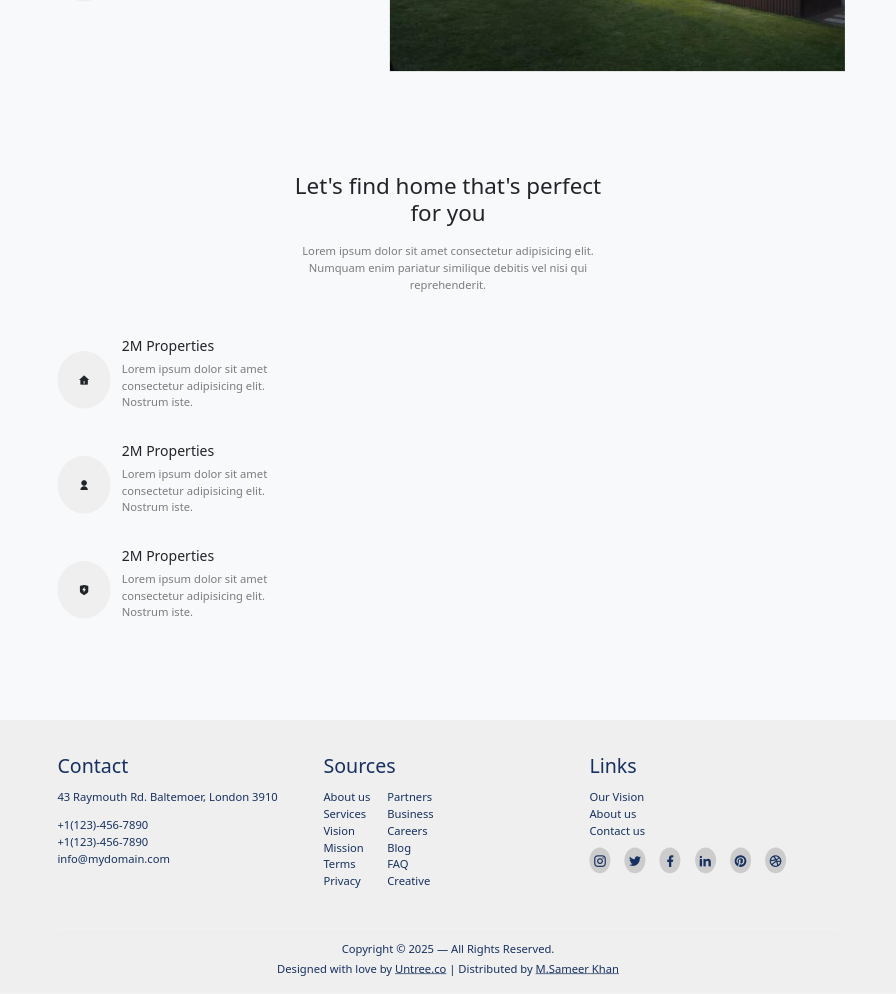
Repository: sameerrrrkhan911-git/Property
Page: about.html
An editor plug-in stored every save of this project. The page is shown before and after a run of saves, followed by the edit.
The browser window is 1280 px wide. The pictures show the part of the page from y = 1601 to 3521 px (the page is 3021 px tall before and 3521 px after), at 70% of full size.
Some web libraries are served in a nearby version.

Above is the page before, as saved 2025-09-28 18:35:43.
Console error: TypeError: Cannot read properties of undefined (reading 'length')

### about.html
<!DOCTYPE html>
<html lang="en">
<head>
    <meta charset="utf-8">
    <meta name="viewport" content="width=device-width, initial-scale=1">
    <title>Property</title>

    <!--====== LINKS ========-->
    <link href="https://cdn.jsdelivr.net/npm/bootstrap@5.3.8/dist/css/bootstrap.min.css" rel="stylesheet">
    <link
        href="https://fonts.googleapis.com/css2?family=Montserrat:wght@400;600&family=Open+Sans:wght@400;600&display=swap"
        rel="stylesheet">
    <link href="https://unpkg.com/aos@2.3.1/dist/aos.css" rel="stylesheet">
    <link href="https://cdn.jsdelivr.net/npm/remixicon@4.5.0/fonts/remixicon.css" rel="stylesheet">
    <link href="https://cdnjs.cloudflare.com/ajax/libs/tiny-slider/2.9.4/tiny-slider.css" rel="stylesheet">
    <link rel="stylesheet" href="assets/css/style2.css">
    <link rel="stylesheet" href="assets/css/style.css">

</head>
<body>

<!--=====HEADER=====-->
    <header>
        <section id="Right-Step">
            <div class="bg-holder overlay overlay-elixir">
            </div>

            <!-- Navbar -->
            <nav
                class="navbar navbar-expand-lg green-color p-3 mt-4 sticky-top position-absolute top-0 start-50 translate-middle-x w-75 rounded-3 shadow">
                <div class="container-fluid">
                    <!-- Brand -->
                    <a class="navbar-brand text-white fw-bold" href="#">Property</a>

                    <!-- Toggler for Mobile -->
                    <button class="navbar-toggler bg-light" type="button">
                        <span class="navbar-toggler-icon"></span>
                    </button>

                    <!-- Navbar Links -->
                    <div class="collapse navbar-collapse" id="navbarNavDropdown">
                        <ul class="navbar-nav ms-auto">
                            <li class="nav-item">
                                <a class="nav-link text-white active" aria-current="page" href="index.html">Home</a>
                            </li>
                            <li class="nav-item dropdown">
                                <a class="nav-link dropdown-toggle text-white" href="#" role="button"
                                    data-bs-toggle="dropdown" aria-expanded="false">
                                    Properties
                                </a>
                                <ul class="dropdown-menu">
                                    <li><a class="dropdown-item" href="#">Action</a></li>
                                    <li><a class="dropdown-item" href="#">Another action</a></li>
                                    <li><a class="dropdown-item" href="#">Something else here</a></li>
                                </ul>
                            </li>
                            <li class="nav-item"><a class="nav-link text-white" href="service.html">Service</a></li>
                            <li class="nav-item"><a class="nav-link text-white" href="about.html">About</a></li>
                            <li class="nav-item"><a class="nav-link text-white" href="contact.html">Contact Us</a></li>
                        </ul>
                    </div>
                </div>
            </nav>

            <!--/.bg-holder-->
            <div class="forbg py-5">
                <div class="container">

                    <div class="row justify-content-center align-items-center">
                        <div class="col-lg-9 text-center mt-5">
                            <h1 class="heading aos-init aos-animate white mt-3 fw-bold" data-aos="fade-up">About</h1>

                            <nav aria-label="breadcrumb" data-aos="fade-up" data-aos-delay="200"
                                class="aos-init aos-animate">
                                <ol class="breadcrumb text-center justify-content-center">
                                    <li class="breadcrumb-item"><a href="index.html" style="color: white;">Home</a></li>
                                    <li class="ms-2 me-2 text-white-50" aria-current="page">
                                        /
                                    </li>
                                    <li class="breadcrumb-item active text-white-50" aria-current="page">
                                        About
                                    </li>
                                </ol>
                            </nav>
                        </div>
                    </div>
                </div>
            </div><!-- end of .container-->
        </section>
    </header>

    <!--====MAIN====-->

    <main>

<div class="section">
      <div class="container">
        <div class="row text-left mb-5 py-5">
          <div class="col-12">
            <h2 class="font-weight-bold heading  mb-4">About Us</h2>
          </div>
          <div class="col-lg-6">
            <p class="text-black-50">
              Lorem ipsum dolor sit amet consectetur adipisicing elit. Numquam
              enim pariatur similique debitis vel nisi qui reprehenderit totam?
              Quod maiores.
            </p>
            <p class="text-black-50">
              Lorem ipsum dolor sit amet consectetur adipisicing elit. Magni
              saepe, explicabo nihil. Est, autem error cumque ipsum repellendus
              veniam sed blanditiis unde ullam maxime veritatis perferendis
              cupiditate, at non esse!
            </p>
            <p class="text-black-50">
              Enim, nisi labore exercitationem facere cupiditate nobis quod
              autem veritatis quis minima expedita. Cumque odio illo iusto
              reiciendis, labore impedit omnis, nihil aut atque, facilis
              necessitatibus asperiores porro qui nam.
            </p>
          </div>
          <div class="col-lg-6">
            <p class="text-black-50">
              Lorem ipsum dolor sit amet consectetur adipisicing elit. Magni
              saepe, explicabo nihil. Est, autem error cumque ipsum repellendus
              veniam sed blanditiis unde ullam maxime veritatis perferendis
              cupiditate, at non esse!
            </p>
            <p class="text-black-50">
              Enim, nisi labore exercitationem facere cupiditate nobis quod
              autem veritatis quis minima expedita. Cumque odio illo iusto
              reiciendis, labore impedit omnis, nihil aut atque, facilis
              necessitatibus asperiores porro qui nam.
            </p>
          </div>
        </div>
      </div>
    </div>

 <!--Lets find home that is perfect for you  -->

      <div class="section section-4 bg-light py-5">
        <div class="container">
          <div class="row justify-content-center text-center mb-5">
            <div class="col-lg-5">
              <h2 class="font-weight-bold mb-4">
                Let's find home that's perfect for you
              </h2>
              <p class="text-black-50">
                Lorem ipsum dolor sit amet consectetur adipisicing elit. Numquam
                enim pariatur similique debitis vel nisi qui reprehenderit.
              </p>
            </div>
          </div>
          <div class="row justify-content-between mb-5 ">

            <div class="col-lg-7 mb-5 mb-lg-0 order-lg-2">
              <div class="img-about dots">
                <img src="./assets/images/img_2.jpg" alt="Image"  width="650px" height="500px">
              </div>
            </div>
            <div class="col-lg-4">
              <div class="d-flex align-items-center marginn">
                <span class="wrap-icon me-3">
                  <span class="icon-home2" style="border-radius: 50%; padding: 30px; background-color: #efefef;"><i
                      class="ri-home-4-fill"></i></span>
                </span>
                <div class="feature-text">
                  <h3 class="fs-5">2M Properties</h3>
                  <p class="text-black-50">
                    Lorem ipsum dolor sit amet consectetur adipisicing elit.
                    Nostrum iste.
                  </p>
                </div>
              </div>

              <div class="d-flex align-items-center marginn">
                <span class="wrap-icon me-3">
                  <span class="icon-home2" style="border-radius: 50%; padding: 30px; background-color: #efefef;"><i
                      class="ri-user-fill"></i></span>
                </span>
                <div class="feature-text">
                  <h3 class="fs-5">2M Properties</h3>
                  <p class="text-black-50">
                    Lorem ipsum dolor sit amet consectetur adipisicing elit.
                    Nostrum iste.
                  </p>
                </div>
              </div>

              <div class="d-flex align-items-center marginn">
                <span class="wrap-icon me-3">
                  <span class="icon-home2" style="border-radius: 50%; padding: 30px; background-color: #efefef;"><i
                      class="ri-shield-flash-fill"></i></span>
                </span>
                <div class="feature-text">
                  <h3 class="fs-5">2M Properties</h3>
                  <p class="text-black-50">
                    Lorem ipsum dolor sit amet consectetur adipisicing elit.
                    Nostrum iste.
                  </p>
                </div>
              </div>
            </div>

          </div>
        </div>
      </div>

<!--NUMBER # 2-->

<div class="section section-4 bg-light py-5">
        <div class="container">
          <div class="row justify-content-center text-center mb-5">
            <div class="col-lg-5">
              <h2 class="font-weight-bold mb-4">
                Let's find home that's perfect for you
              </h2>
              <p class="text-black-50">
                Lorem ipsum dolor sit amet consectetur adipisicing elit. Numquam
                enim pariatur similique debitis vel nisi qui reprehenderit.
              </p>
            </div>
          </div>
          <div class="row justify-content-between mb-5 ">

            <div class="col-lg-4">
              <div class="d-flex align-items-center marginn">
                <span class="wrap-icon me-3">
                  <span class="icon-home2" style="border-radius: 50%; padding: 30px; background-color: #efefef;"><i
                      class="ri-home-4-fill"></i></span>
                </span>
                <div class="feature-text">
                  <h3 class="fs-5">2M Properties</h3>
                  <p class="text-black-50">
                    Lorem ipsum dolor sit amet consectetur adipisicing elit.
                    Nostrum iste.
                  </p>
                </div>
              </div>

              <div class="d-flex align-items-center marginn">
                <span class="wrap-icon me-3">
                  <span class="icon-home2" style="border-radius: 50%; padding: 30px; background-color: #efefef;"><i
                      class="ri-user-fill"></i></span>
                </span>
                <div class="feature-text">
                  <h3 class="fs-5">2M Properties</h3>
                  <p class="text-black-50">
                    Lorem ipsum dolor sit amet consectetur adipisicing elit.
                    Nostrum iste.
                  </p>
                </div>
              </div>

              <div class="d-flex align-items-center marginn">
                <span class="wrap-icon me-3">
                  <span class="icon-home2" style="border-radius: 50%; padding: 30px; background-color: #efefef;"><i
                      class="ri-shield-flash-fill"></i></span>
                </span>
                <div class="feature-text">
                  <h3 class="fs-5">2M Properties</h3>
                  <p class="text-black-50">
                    Lorem ipsum dolor sit amet consectetur adipisicing elit.
                    Nostrum iste.
                  </p>
                </div>
              </div>
            </div>

          </div>
        </div>
      </div>


    </main>

<!-- FOOTER -->
<footer class="greyy py-5 pb-4 grey">

  <div class="container">
    <div class="row">

      <!-- Contact -->
      <div class="col-lg-4 col-md-6 mb-4">
        <h3 class="mb-3 font-color">Contact</h3>
        <address class="mb-3 font-color">43 Raymouth Rd. Baltemoer, London 3910</address>
        <ul class="list-unstyled">
          <li><a href="tel://11234567890" class=" text-decoration-none" style="color: #163060;">+1(123)-456-7890</a></li>
          <li><a href="tel://11234567890" class=" text-decoration-none" style="color: #163060;">+1(123)-456-7890</a></li>
          <li><a href="mailto:info@mydomain.com" class=" text-decoration-none" style="color: #163060;">info@mydomain.com</a></li>
        </ul>
      </div>

      <!-- Sources -->
      <div class="col-lg-4 col-md-6 mb-4">
        <h3 class="mb-3 font-color">Sources</h3>
        <div class="d-flex">
          <ul class="list-unstyled me-4">
            <li><a href="#" class="font-color text-decoration-none">About us</a></li>
            <li><a href="#" class="font-color text-decoration-none">Services</a></li>
            <li><a href="#" class="font-color text-decoration-none">Vision</a></li>
            <li><a href="#" class="font-color text-decoration-none">Mission</a></li>
            <li><a href="#" class="font-color text-decoration-none">Terms</a></li>
            <li><a href="#" class="font-color text-decoration-none">Privacy</a></li>
          </ul>
          <ul class="list-unstyled">
            <li><a href="#" class="font-color text-decoration-none">Partners</a></li>
            <li><a href="#" class="font-color text-decoration-none">Business</a></li>
            <li><a href="#" class="font-color text-decoration-none">Careers</a></li>
            <li><a href="#" class="font-color text-decoration-none">Blog</a></li>
            <li><a href="#" class="font-color text-decoration-none">FAQ</a></li>
            <li><a href="#" class="font-color text-decoration-none">Creative</a></li>
          </ul>
        </div>
      </div>

      <!-- Links & Social -->
      <div class="col-lg-4 col-md-12 mb-4">
        <h3 class="mb-3 font-color">Links</h3>
        <ul class="list-unstyled">
          <li><a href="#" class="font-color text-decoration-none">Our Vision</a></li>
          <li><a href="#" class="font-color text-decoration-none">About us</a></li>
          <li><a href="#" class="font-color text-decoration-none">Contact us</a></li>
        </ul>

        <!-- Social icons -->
        <div class="mt-3">
          <a href="#" class="font-color me-3 fs-5 roundd text-color dark-grey"><i class="ri-instagram-line"></i></a>
          <a href="#" class="font-color me-3 fs-5 roundd dark-grey" ><i class="ri-twitter-fill"></i></a>
          <a href="#" class="font-color me-3 fs-5 roundd dark-grey"><i class="ri-facebook-fill"></i></a>
          <a href="#" class="font-color me-3 fs-5 roundd dark-grey"><i class="ri-linkedin-fill"></i></a>
          <a href="#" class="font-color me-3 fs-5 roundd dark-grey"><i class="ri-pinterest-fill"></i></a>
          <a href="#" class="font-color fs-5 roundd dark-grey"><i class="ri-dribbble-line"></i></a>
        </div>
      </div>

    </div>

    <hr class="border-light">

    <!-- Copyright -->
    <div class="row">
      <div class="col-12 text-center">
        <p class="mb-1 font-color">
          Copyright © <script>document.write(new Date().getFullYear());</script> — All Rights Reserved.
        </p>
        <p class="mb-0 font-color">
          Designed with love by <a href="https://untree.co" class="font-color text-decoration-underline">Untree.co</a>
          | Distributed by <a href="https://themewagon.com/" target="_blank" class="font-color text-decoration-underline">M.Sameer Khan</a>
        </p>
      </div>
    </div>

  </div>

</footer>

  <!-- Bootstrap JS -->
  <script src="https://cdn.jsdelivr.net/npm/bootstrap@5.3.8/dist/js/bootstrap.bundle.min.js"></script>
  <!-- AOS JS -->
  <script src="https://unpkg.com/aos@2.3.1/dist/aos.js"></script>

  <script>
    AOS.init({
      duration: 1000,
      once: true
    });
  </script>

  <script src="https://cdnjs.cloudflare.com/ajax/libs/tiny-slider/2.9.4/min/tiny-slider.js"></script>

  <script>
    var slider = tns({
      container: '.property-slider',
      items: 3,
      slideBy: 1,
      autoplay: false,
      controls: true,
      nav: false,
      gutter: 20,
      controlsContainer: '.slider-controls',
      prevButton: '.prev',
      nextButton: '.next',
      responsive: {
        0: { items: 1 },
        768: { items: 2 },
        1200: { items: 3 }
      }
    });
  </script>

</body>
</html>

### assets/css/style.css
/* ==============================
   Root Variables
=================================*/
:root {
  --green-color: #005555;
   --heading-color: #2a3855;
}

.green-color {
  background-color: var(--green-color);
}

.green{
  color: var(--green-color);
}

.black{
  color: black;
}

.para{
  text-align: left;
}

.heading-color{
  color: var(--heading-color);
}

.z-9 {
  z-index: 9 !important;
}

.white {
  color: white;
}

.green-line{
   height: 2px;
  width: 120px;
 background-color: var(--green-color);
 margin-bottom: 10px;
}

.black-line{
   height: 2px;
  width: 80px;
 background-color: black;
 margin: 10px auto;
}

.white-bg{
  background-color: white;
}

.fs-6{
  font-size: 5px;
}

.marginn{
  margin-bottom: 30px;
}

.a{
  text-decoration: none;
}


.dark-grey{
  background-color: #cccccc;
}

.text-color{
  color: #909ba6;
}
/* ==============================
Header
=================================*/


/* Hero background */
.hero-header {
  background-image: url("../images/hero_bg_3.jpg") !important;
  background-repeat: no-repeat;
  background-position: center center;
  background-size: cover;
  min-height: 100vh;
  position: relative;
  display: flex;
  align-items: center;
}



/* Overlay */
.hero-header::before {
  content: "";
  position: absolute;
  top: 0;
  left: 0;
  width: 100%;
  height: 100%;
  background: rgba(0, 0, 0, 0.5);
  z-index: 0;
}

/* Keep hero text above overlay */
.hero {
  position: relative;
  z-index: 1;
}

/* White text */
.white {
  color: #fff !important;
}

/* Responsive adjustments */
@media (max-width: 768px) {
  nav.navbar {
    width: 90% !important;
    margin-top: 1rem !important;
    padding: 0.75rem 1rem !important;
  }

  .hero h1 {
    font-size: 1.75rem;
    line-height: 1.3;
  }

  .hero form {
    flex-direction: column !important;
    gap: 0.75rem;
  }

  .hero input {
    width: 100% !important;
  }

  .hero button {
    width: 100% !important;
  }
}

@media (max-width: 576px) {
  .hero h1 {
    font-size: 1.5rem;
  }
}

/* Popular properties */

.property-slider {
  overflow: hidden;
}

.property-item {
  background: #fff;
  border-radius: 8px;
  overflow: hidden;
}

.property-content {
  background: #fff;
  border-radius: 8px;
}

/* Features */

.features-1 {
    padding-top: 30px;
    position: relative;
    z-index: 8;
    text-align: center;
    background-color: rgba(0, 32, 74, 0.05);
}

/* ==========================
   Testimonials Section
========================== */

.sec-testimonials .heading {
  font-size: 2rem;
  font-weight: 700;
}

/* Prev/Next buttons */
#testimonial-nav {
  display: flex;
  gap: 10px;
}

#testimonial-nav span {
  cursor: pointer;
  font-size: 14px;
  color: #002855;
  background: #e9ecef;
  padding: 6px 14px;
  border-radius: 20px;
  transition: all 0.3s ease;
}

#testimonial-nav span:hover {
  background: #002855;
  color: #fff;
}

/* Testimonials layout */
.testimonial-slider {
  display: grid;
  grid-template-columns: repeat(auto-fit, minmax(300px, 1fr));
  gap: 40px;
  margin-top: 30px;
  text-align: center;
}

.testimonial {
  padding: 20px;
}

.testimonial img {
  width: 90px;
  height: 90px;
  object-fit: cover;
  margin-bottom: 15px;
  border: 3px solid #ddd;
}

.testimonial .rate {
  margin: 10px 0;
  font-size: 16px;
  color: #f1c40f;
}

.testimonial h3 {
  margin-bottom: 10px;
  font-size: 1.1rem;
  font-weight: 600;
}

.testimonial blockquote {
  font-style: italic;
  font-size: 0.95rem;
  color: #555;
  margin: 10px 0 15px;
}

.greyy{
  background-color: #efefef;
}

.testimonial p.text-muted {
  font-size: 0.85rem;
  color: #888;
}

.img-fluid {
   max-width: 100%;
    height: auto;
}

/* Call To Action */
.footer-cta {
  background: white ;
  padding: 50px;
}

.footer-cta .btn-primary {
  border-radius: 30px;
  font-size: 1.1rem;
  transition: all 0.3s ease;
}

.footer-cta .btn-primary:hover {
  background: #003f3f;
  transform: translateY(-3px);
  box-shadow: 0 6px 15px rgba(0,0,0,0.2);
}

/* Our Agents */
.section_1{
  background-color: #f8f9fa;
}

/* Agent Card */
.person {
  background: #fff;
  border-radius: 12px;
  padding: 60px 20px 30px;
  text-align: center;
  position: relative;
  box-shadow: 0 4px 20px rgba(0,0,0,0.05);
  transition: all 0.3s ease;
}

.person:hover {
  transform: translateY(-8px);
  box-shadow: 0 12px 30px rgba(0,0,0,0.1);
}

/* Profile Image */
.person img {
  width: 100px;
  height: 100px;
  object-fit: cover;
  border-radius: 50%;
  position: absolute;
  top: -50px;
  left: 50%;
  transform: translateX(-50%);
}

/* Text styling */
.person-contents h2 {
  margin-top: 60px;
  font-size: 1.2rem;
  font-weight: 600;
}

.person-contents .meta {
  font-size: 0.9rem;
  color: #6c757d;
  margin-bottom: 15px;
}

.person-contents p {
  font-size: 0.95rem;
  color: #555;
  margin-bottom: 20px;
}

/* Social icons */
.social a {
  display: inline-flex;
  justify-content: center;
  align-items: center;
  width: 40px;
  height: 40px;
  margin: 0 5px;
  border-radius: 50%;
  background: #002855;
  color: #fff;
  transition: all 0.3s ease;
  text-decoration: none;
}

.social a:hover {
  background: #005555;
}

h2 a {
  color: #000;
  text-decoration: none;
}

.roundd{

  border-radius: 50%;
  text-decoration: none;
  padding: 5px;
}

.font-color{
 color: #163060;
}

.forbg {
    height: 400px;
    background: linear-gradient(to bottom, rgba(0, 0, 0, 0.5), rgba(0, 0, 0, 0.5)), url(../images/hero_bg_1.jpg);
    background-size: cover;
    background-position: center;
}

a{
  text-decoration: none;
}

Loaded but not shown: assets/css/style2.css (library)

After the next 2 saves:
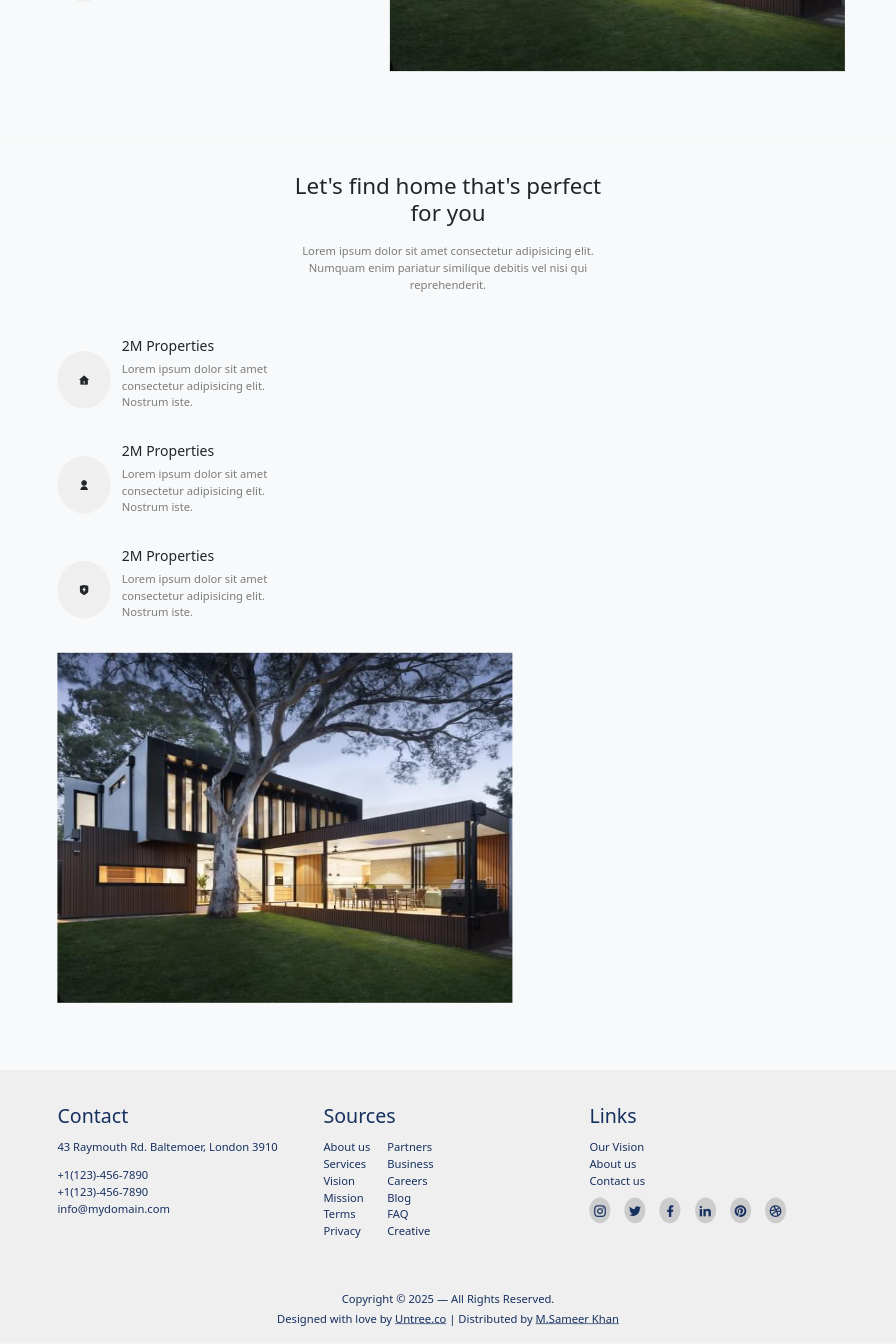
The 2 saves are shown as one change because they came seconds apart.
The last was saved 10 s later.
--- a/about.html
+++ b/about.html
@@ -265,6 +265,12 @@
                   </p>
                 </div>
               </div>
+
+               <div class="col-lg-7 mb-5 mb-lg-0 order-lg-2">
+              <div class="img-about dots">
+                <img src="./assets/images/img_2.jpg" alt="Image"  width="650px" height="500px">
+              </div>
+            </div>
             </div>
 
           </div>
